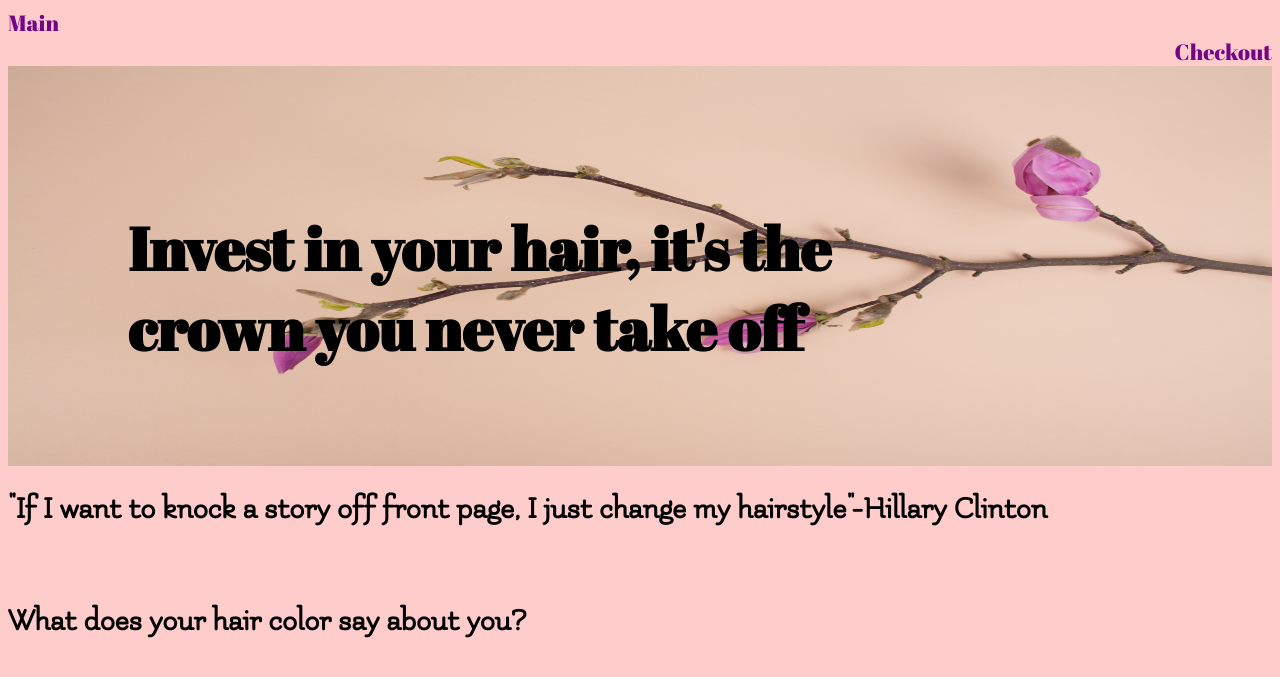
Repository: aarushi-07/Hair-and-Spa-booking-system
Page: http://localhost/salon/WEB-INF/jsp/hair.jsp
The author's editor kept a copy of each file at every save. The page is drawn from the files as they stood at one save, then again after the next save.
The browser window is 1280 px wide. The pictures show the whole page.
The page is served by Tomcat 9. Nobody is signed in. The template is opened directly, without the code that normally fills it, so the values that code supplies are empty.

Above is the page before, as saved 2020-07-10 11:39:05.

After the next save:
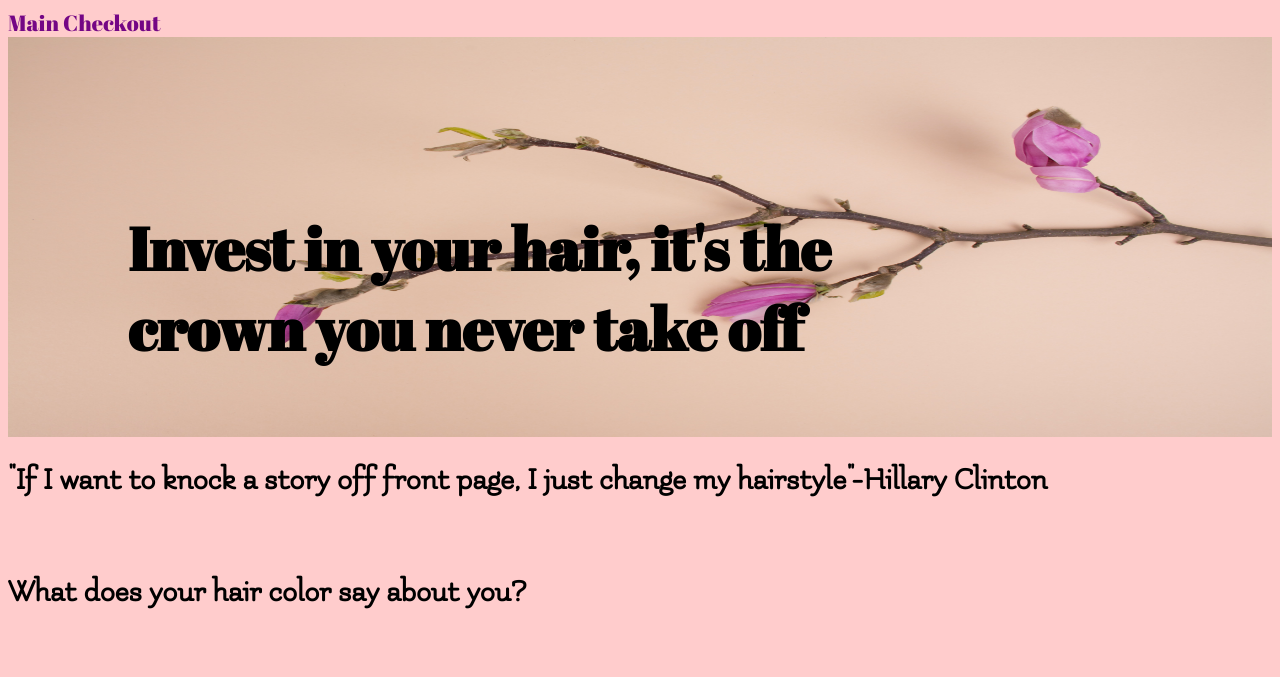
Saved 32 s later.
--- a/salon/src/main/webapp/WEB-INF/jsp/hair.jsp
+++ b/salon/src/main/webapp/WEB-INF/jsp/hair.jsp
@@ -1,4 +1,5 @@
 <%@ taglib uri="http://java.sun.com/jsp/jstl/core" prefix="c"%>
+ <%@ taglib uri="http://www.springframework.org/tags/form" prefix="form"%>
 <%@ page language="java" contentType="text/html; charset=ISO-8859-1"
 	pageEncoding="ISO-8859-1"%>
 
@@ -51,9 +52,7 @@ th {
 <body>
 	<div>
 		<a href="salon">Main</a>
-	<div class="divSer">
-		<a href="checkout">Checkout</a>
-	</div>
+		<a class="divSer" href="checkout">Checkout</a>
 	</div>
 	<div class="abril">
 	<img src="../resources/images/bg.jpg" width=100% height=400px>
